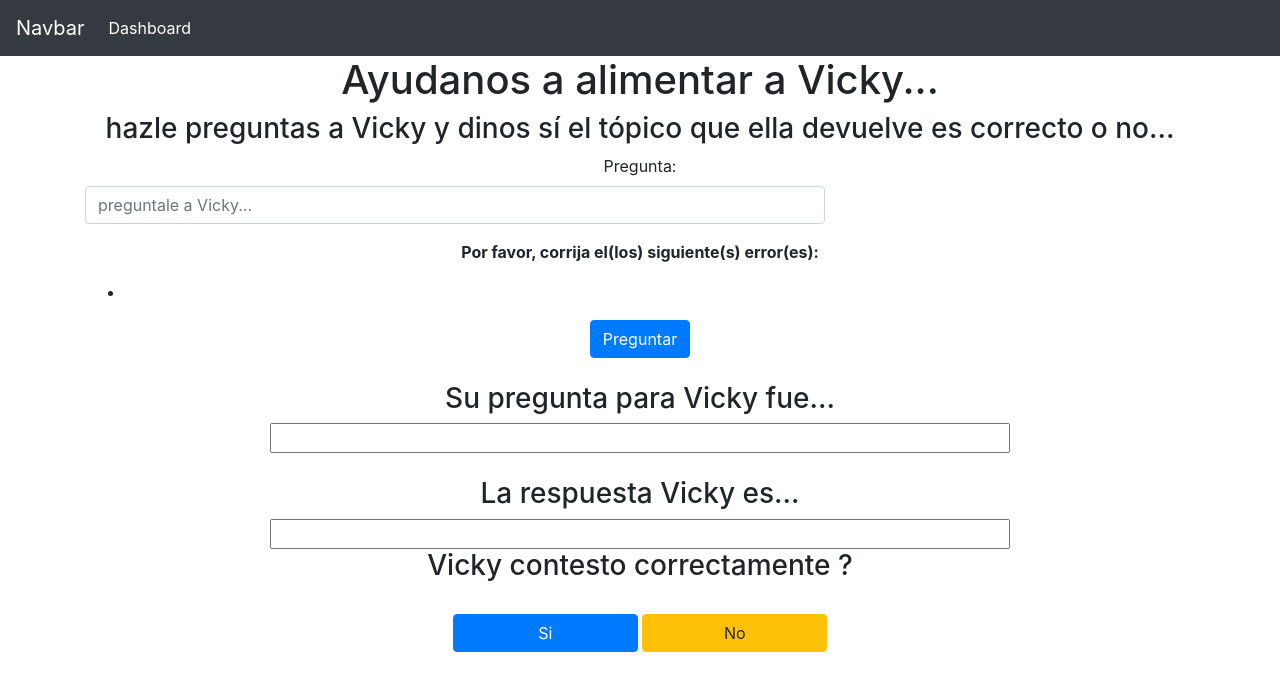
Repository: Crixtiancub/feedback_Vicky
Page: vicky/templates/dashboard.html
These files come from the project's save history. The page is drawn as it stood at one moment and after the next save; the edit follows.
The browser window is 1280 px wide. The pictures show the whole page.
The page is served by the project's application, run on Django 3.2 (manage.py). The template is opened directly, without the code that normally fills it, so the values that code supplies are empty.

Above is the page before, as saved 2021-05-11 09:43:28.

After the next save:
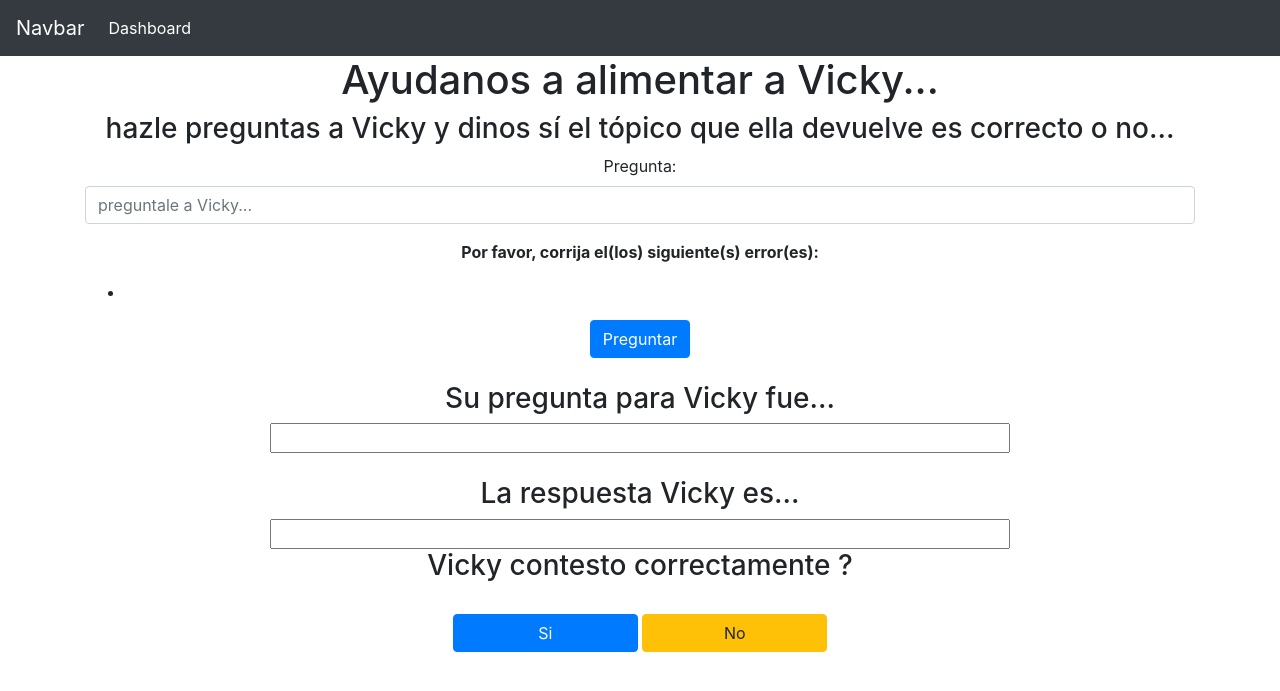
Saved 31 s later.
--- a/vicky/templates/dashboard.html
+++ b/vicky/templates/dashboard.html
@@ -17,7 +17,7 @@
             <label for="txt_pregunta_Vicky">Pregunta:</label><br>
 
             <input type="text" id="txt_pregunta_Vicky"
-            name="pregunta_Vicky" v-model="pregunta" class="col-sm-8 form-control"
+            name="pregunta_Vicky" v-model="pregunta" class="col-sm form-control"
             placeholder="preguntale a Vicky..." required>
         </div>
 
